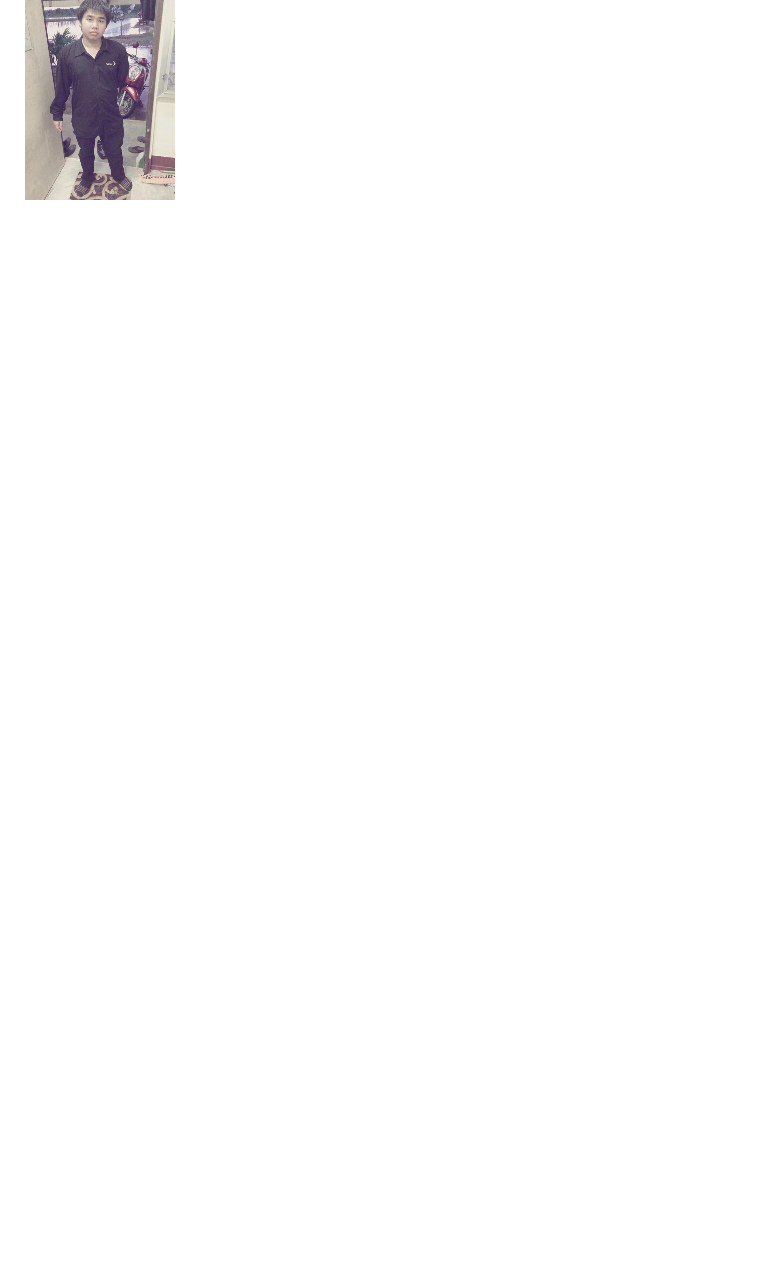
Repository: PanumartThamkawin/Resuma_55410657
Layout: Panu657/res/layout/activity_main.xml
An editor plug-in stored every save of this project. The layout is shown before and after the next save, followed by the edit.
It is drawn on a 768 x 1280 px phone screen (xhdpi) without system bars, with theme AppTheme; the app's code is not run.

Above is the layout before, as saved 2014-09-01 05:13:29.

### Panu657/res/layout/activity_main.xml
<RelativeLayout xmlns:android="http://schemas.android.com/apk/res/android"
    xmlns:tools="http://schemas.android.com/tools"
    android:layout_width="match_parent"
    android:layout_height="match_parent"
    android:layout_marginLeft="5dp"
    tools:context="${relativePackage}.${activityClass}" >

    <LinearLayout
        android:layout_width="100dp"
        android:layout_height="100dp" >

        <ImageView
            android:id="@+id/imageView1"
            android:layout_width="wrap_content"
            android:layout_height="wrap_content"
            android:src="@drawable/jame" />

    </LinearLayout>

</RelativeLayout>

Loaded but not shown: Panu657/res/values/styles.xml (common file); Panu657/res/values-v11/styles.xml (common file); Panu657/res/values-v14/styles.xml (common file)

After the next save:
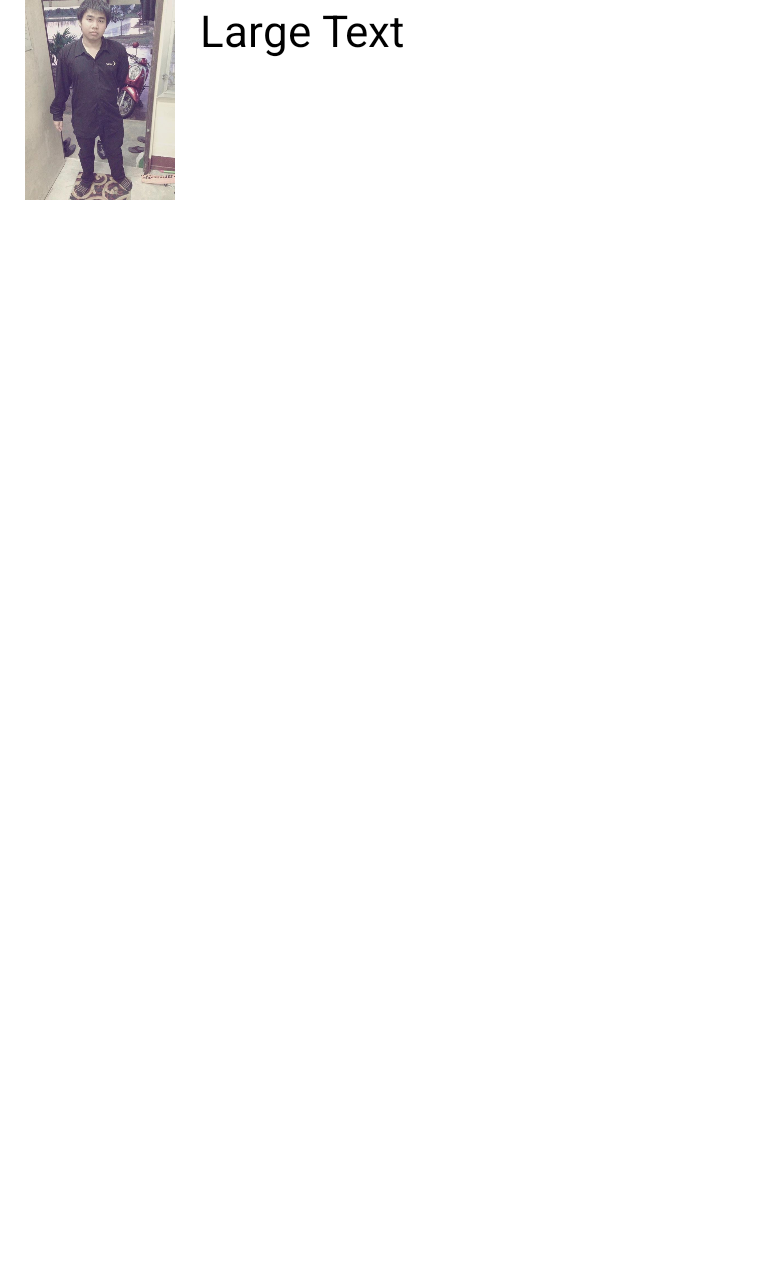
Saved 108 s later.
--- a/Panu657/res/layout/activity_main.xml
+++ b/Panu657/res/layout/activity_main.xml
@@ -6,6 +6,7 @@
     tools:context="${relativePackage}.${activityClass}" >
 
     <LinearLayout
+        android:id="@+id/linearLayout1"
         android:layout_width="100dp"
         android:layout_height="100dp" >
 
@@ -14,7 +15,15 @@
             android:layout_width="wrap_content"
             android:layout_height="wrap_content"
             android:src="@drawable/jame" />
-
     </LinearLayout>
 
+    <TextView
+        android:id="@+id/textView1"
+        android:layout_width="wrap_content"
+        android:layout_height="wrap_content"
+        android:layout_alignParentTop="true"
+        android:layout_toRightOf="@+id/linearLayout1"
+        android:text="Large Text"
+        android:textAppearance="?android:attr/textAppearanceLarge" />
+
 </RelativeLayout>
